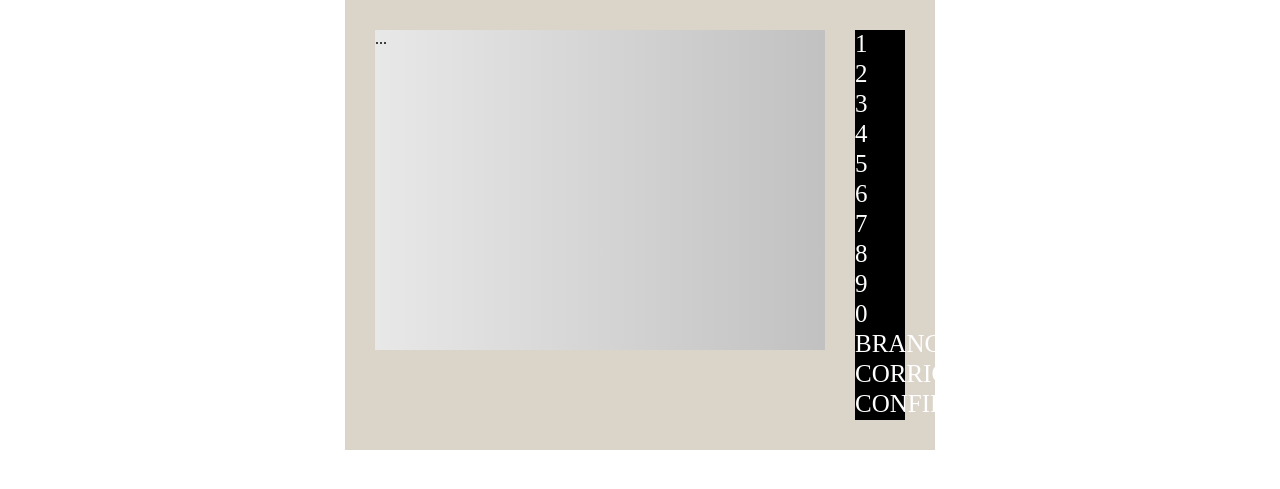
Repository: ThiagoIturra/urnaJs
Page: index.html
An editor plug-in stored every save of this project. The page is shown before and after the next save, followed by the edit.
The browser window is 1280 px wide. The pictures show the whole page.

Above is the page before, as saved 2022-01-05 15:58:34.

After the next save:
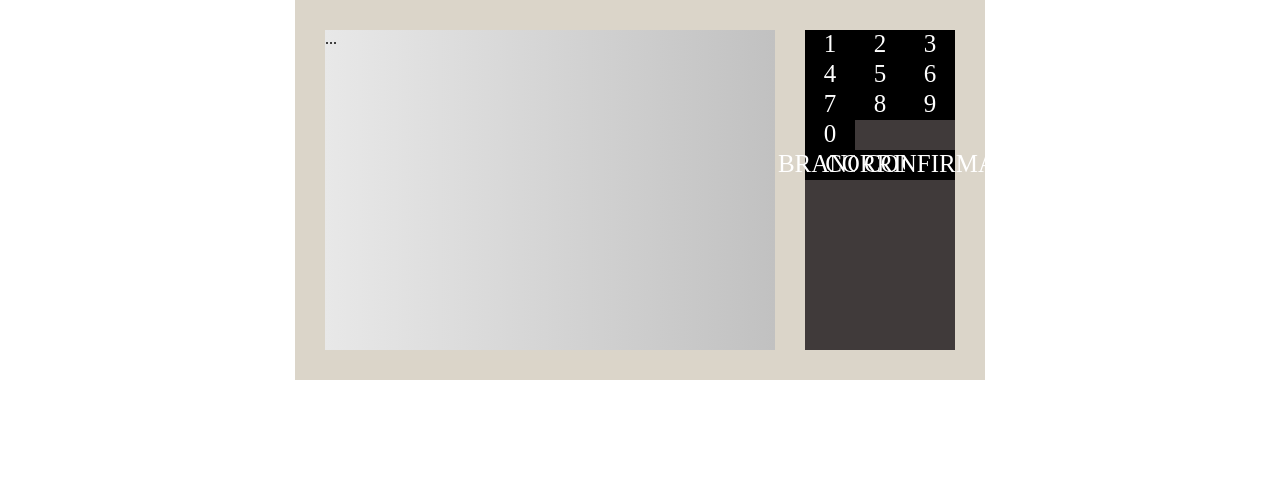
Saved 95 s later.
--- a/style.css
+++ b/style.css
@@ -22,10 +22,16 @@ body {
     margin-left: 30px;
 }
 
+.keyboard--line {
+    display: flex;
+}
+
 .keyboard--button {
     width: 50px;
     height: 30px;
     background-color: #000;
     color: #fff;
     font-size: 25px;
+    display: flex;
+    justify-content: center;
 }
